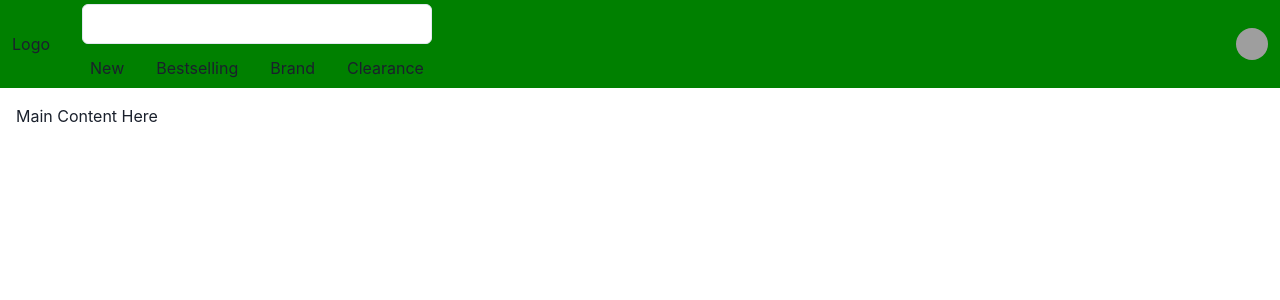
Repository: Vedprakas987/Shopee_cw24
Page: / (app in shopee_online/)
These files come from the project's save history. The page is drawn as it stood at one moment and after the next save; the edit follows.
The browser window is 1280 px wide. The pictures show the whole page.
Pictures or frames that could not be fetched are drawn as grey boxes. The project was rebuilt for these pictures with package versions that can differ from the ones it lists, and the page was loaded fresh each time.

Above is the page before, as saved 2022-12-15 21:18:17.

### shopee_online/src/index.js
import React from 'react';
import ReactDOM from 'react-dom/client';
import './index.css';
import App from './App';
import reportWebVitals from './reportWebVitals';
import { BrowserRouter } from 'react-router-dom';
import { ChakraProvider } from '@chakra-ui/react';
const root = ReactDOM.createRoot(document.getElementById('root'));
root.render(
  <ChakraProvider>
  <BrowserRouter>
    <App />
  </BrowserRouter>
  </ChakraProvider>

);

// If you want to start measuring performance in your app, pass a function
// to log results (for example: reportWebVitals(console.log))
// or send to an analytics endpoint. Learn more: https://bit.ly/CRA-vitals
reportWebVitals();

### shopee_online/src/App.js
import Navbar from "./Routes/Navbar";
function App() {
  return (
    <div className="App">
      <Navbar/>
    </div>
  );
}

export default App;

### shopee_online/src/Routes/Navbar.jsx
import { ReactNode } from 'react';
import { Input, VStack } from '@chakra-ui/react';
import {
  Box,
  Flex,
  Avatar,
  HStack,
  Link,
  IconButton,
  Button,
  Menu,
  MenuButton,
  MenuList,
  MenuItem,
  MenuDivider,
  useDisclosure,
  useColorModeValue,
  Stack,
} from '@chakra-ui/react';
import { HamburgerIcon, CloseIcon } from '@chakra-ui/icons';

const Links = ['New','Bestselling','Brand','Clearance'];

const NavLink = ({ children }) => (
  <Link
    px={2}
    py={1}
    rounded={'md'}
    _hover={{
      textDecoration: 'none',
      bg: useColorModeValue('gray.200', 'gray.700'),
    }}
    href={'#'}>
    {children}
  </Link>
);

export default function Navbar() {
  const { isOpen, onOpen, onClose } = useDisclosure();

  return (
    <>
      <Box bg={useColorModeValue('green', 'green')} px={7} padding="12px">
        <Flex h={16} alignItems={'center'} justifyContent={'space-between'}>
          <IconButton
            size={'md'}
            icon={isOpen ? <CloseIcon /> : <HamburgerIcon />}
            aria-label={'Open Menu'}
            display={{ md: 'none' }}
            onClick={isOpen ? onClose : onOpen}
          />
          <HStack spacing={8} alignItems={'center'}>
            <Box>Logo</Box>
            <VStack>
                <Input bg="white" color="black"/>
            <HStack
              as={'nav'}
              spacing={4}
              display={{ base: 'none', md: 'flex' }}>
              {Links.map((link) => (
                <NavLink key={link}>{link}</NavLink>
              ))}
            </HStack>
            </VStack>
          </HStack>

          <Flex alignItems={'center'}>
            <Menu>
              <MenuButton
                as={Button}
                rounded={'full'}
                variant={'link'}
                cursor={'pointer'}
                minW={0}>
                <Avatar
                  size={'sm'}
                  src={
                    'https://images.unsplash.com/photo-1493666438817-866a91353ca9?ixlib=rb-0.3.5&q=80&fm=jpg&crop=faces&fit=crop&h=200&w=200&s=b616b2c5b373a80ffc9636ba24f7a4a9'
                  }
                />
              </MenuButton>
              <MenuList>
                <MenuItem>Link 1</MenuItem>
                <MenuItem>Link 2</MenuItem>
                <MenuDivider />
                <MenuItem>Link 3</MenuItem>
              </MenuList>
            </Menu>
          </Flex>
        </Flex>

        {isOpen ? (
          <Box pb={4} display={{ md: 'none' }}>
            <Stack as={'nav'} spacing={4}>
              {Links.map((link) => (
                <NavLink key={link}>{link}</NavLink>
              ))}
            </Stack>
          </Box>
        ) : null}
      </Box>

      <Box p={4}>Main Content Here</Box>
    </>
  );
}

Loaded but not shown: shopee_online/public/index.html (common file); shopee_online/src/index.css (common file); shopee_online/src/reportWebVitals.js (common file)

After the next save:
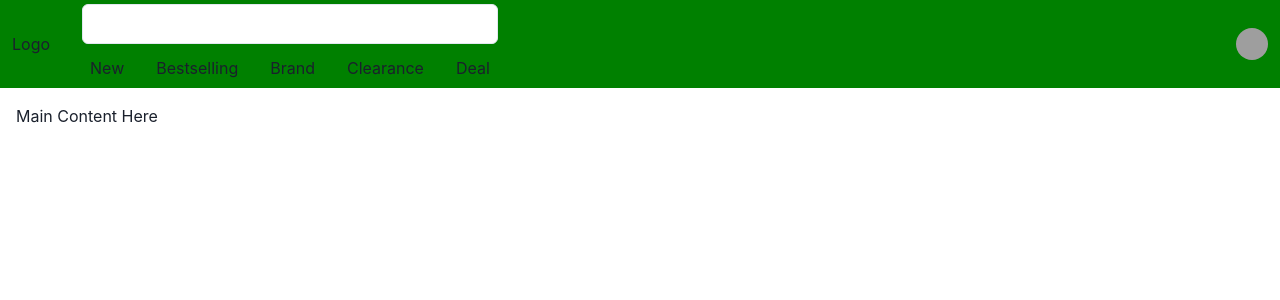
Saved 17 s later.
--- a/shopee_online/src/Routes/Navbar.jsx
+++ b/shopee_online/src/Routes/Navbar.jsx
@@ -19,7 +19,7 @@ import {
 } from '@chakra-ui/react';
 import { HamburgerIcon, CloseIcon } from '@chakra-ui/icons';
 
-const Links = ['New','Bestselling','Brand','Clearance'];
+const Links = ['New','Bestselling','Brand','Clearance','Deal'];
 
 const NavLink = ({ children }) => (
   <Link
